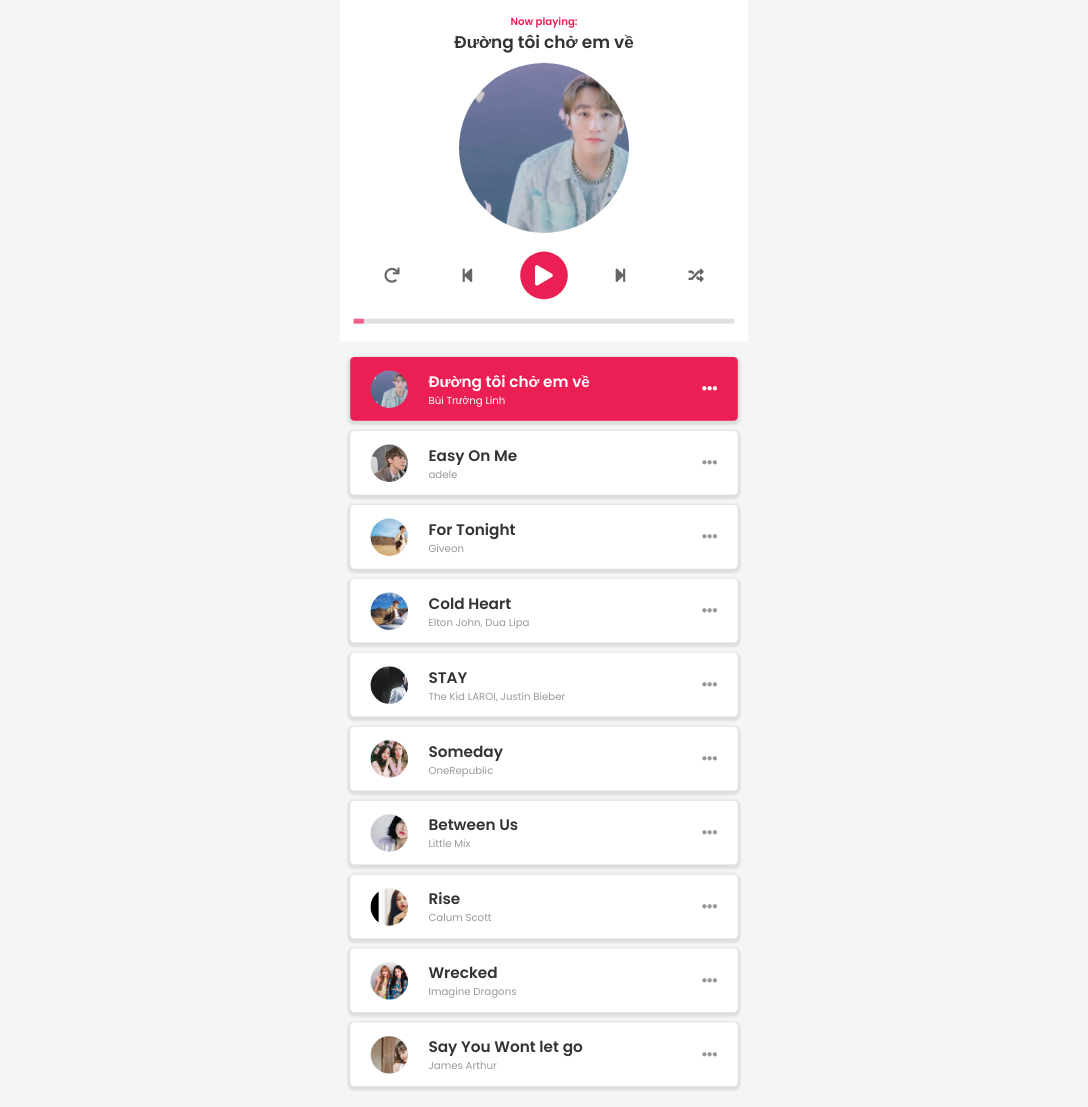
Repository: maivannhan1998/MusicPlayer.github.io
Page: index.html
An editor plug-in stored every save of this project. The page is shown before and after the next save, followed by the edit.
The browser window is 1280 px wide. The pictures show the whole page, at 85% of full size.

Above is the page before, as saved 2021-11-11 09:54:48.

After the next save:
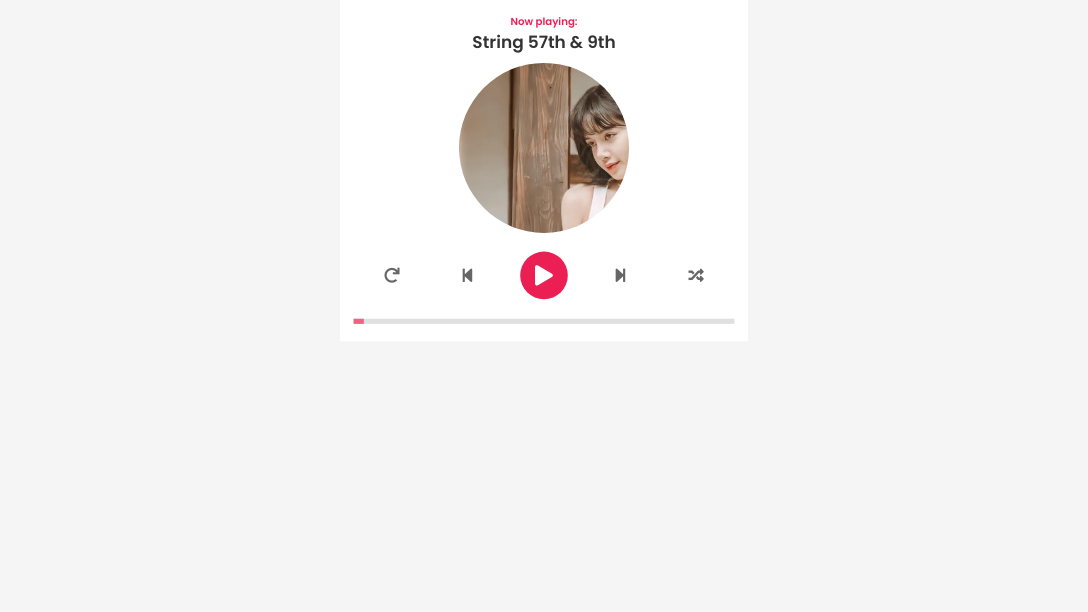
Console error: SyntaxError: missing ) after argument list
Saved 2 min 29 s later.
--- a/index.html
+++ b/index.html
@@ -358,7 +358,9 @@
             },
 
             scrollInToView: function() {
-                element.scrollIntoView();
+                element.scrollIntoView(scrollIntoViewOptions {
+                    behavior: smooth,
+                });
             },
 
             start: function() {

After the 3 saves that followed:
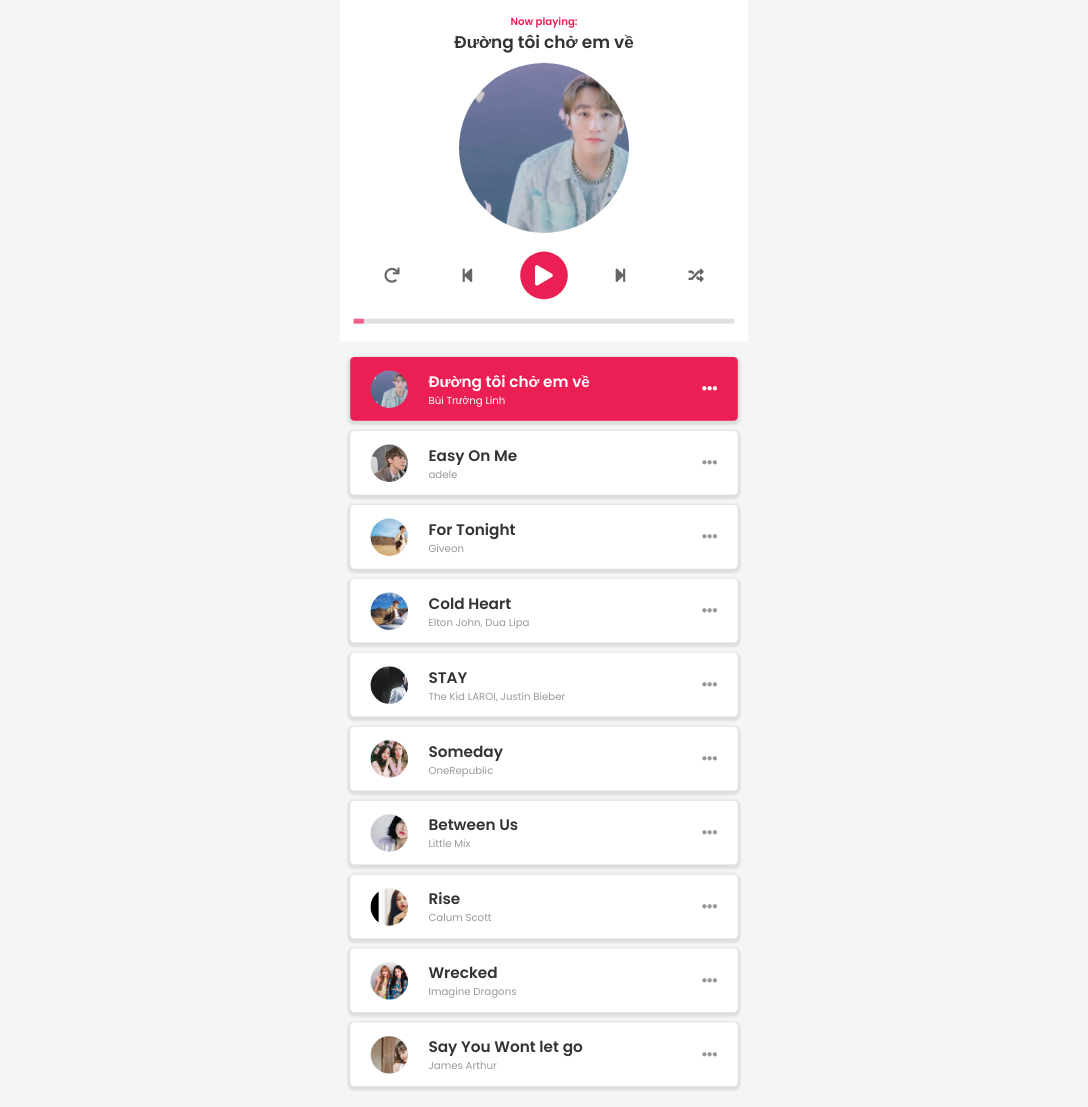
The error is gone.
The 3 saves are shown as one change because 2 left the picture as it was.
The last was saved 64 s later.
--- a/index.html
+++ b/index.html
@@ -358,8 +358,9 @@
             },
 
             scrollInToView: function() {
-                element.scrollIntoView(scrollIntoViewOptions {
-                    behavior: smooth,
+                $('.song.active').scrollIntoView({
+                    behavior: 'smooth',
+
                 });
             },
 
